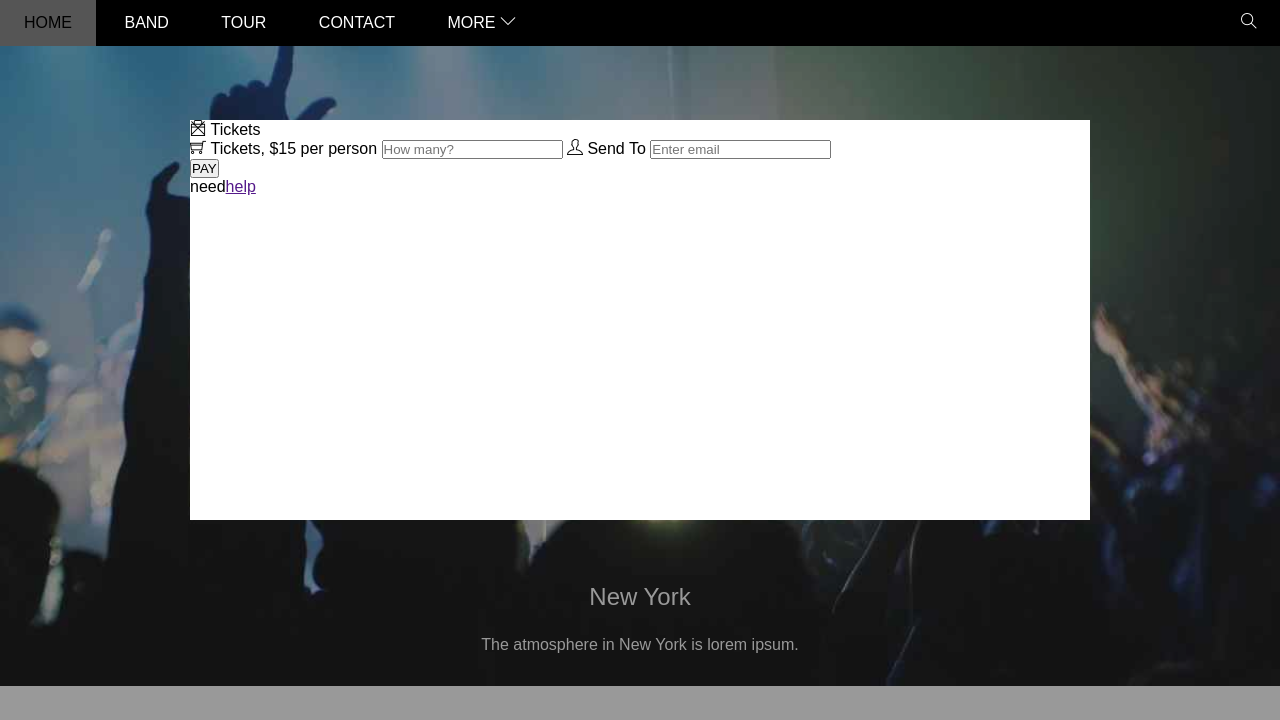
Repository: tung1233hhhhhhhhhhhhh/Website
Page: w3_band/index.html
An editor plug-in stored every save of this project. The page is shown before and after the next save, followed by the edit.
The browser window is 1280 px wide. The pictures show the window.
A layer covers the whole window, so only the first screen is drawn.

Above is the page before, as saved 2023-02-18 21:16:29.

### w3_band/index.html
<!DOCTYPE html>
<html lang="en">

<head>
    <meta charset="UTF-8">
    <meta http-equiv="X-UA-Compatible" content="IE=edge">
    <meta name="viewport" content="width=device-width, initial-scale=1.0">
    <title>Document</title>
    <link rel="stylesheet" href="./assets/css/style.css">
    <link rel="stylesheet" href="/w3_band/assets/fonts/themify-icons/themify-icons.css">
    <link rel="stylesheet" href="./modal.js">
</head>

<body>
    <div id="main">
        <div id="header">
            <div id="nav">
                <ul>
                    <li><a href="">Home</a></li>
                    <li><a href="">Band</a></li>
                    <li><a href="">Tour</a></li>
                    <li><a href="">Contact</a></li>
                    <li class="icon">
                        <a href="">
                            More
                            <i class="ti-angle-down"></i>
                        </a>
                        <div class="subnav">
                            <ul>
                                <li><a href="">Merchandise</a></li>
                                <li><a href="">Extras</a></li>
                                <li><a href="">Media</a></li>
                            </ul>
                        </div>
                    </li>
                </ul>
                <div class="icon-search">
                    <i class="ti-search"></i>
                </div>
            </div>
        </div>

        <div id="slider">
            <div class="silder-content">
                <h2 class="silder-heading">New York</h2>
                <p class="silder-discreption">The atmosphere in New York is lorem ipsum.</p>
            </div>
        </div>

        <div id="content">
            <!-- about content -->
            <div class="content-selection">
                <h2 class="text-heading">THE BAND</h2>
                <p class="text-sub-heading">We love music</p>
                <p class="text-content">
                    We have created a fictional band website. Lorem ipsum dolor sit amet, consectetur adipiscing elit,
                    sed do eiusmod tempor incididunt ut labore et dolore magna aliqua. Ut enim ad minim veniam, quis
                    nostrud exercitation ullamco laboris nisi ut aliquip ex ea commodo consequat. Duis aute irure dolor
                    in reprehenderit in voluptate velit esse cillum dolore eu fugiat nulla pariatur. Excepteur sint
                    occaecat cupidatat non proident, sunt in culpa qui officia deserunt mollit anim id est laborum
                    consectetur adipiscing elit, sed do eiusmod tempor incididunt ut labore et dolore magna aliqua. Ut
                    enim ad minim veniam, quis nostrud exercitation ullamco laboris nisi ut aliquip ex ea commodo
                    consequat.
                </p>
                <!-- img -->
                <div class="team-selection">
                    <div class="sub-selection">
                        <p class="text-selection">Team</p>
                        <img src="/w3_band/assets/img/name.jpg" alt="" class="img-selection">
                    </div>

                    <div class="sub-selection">
                        <p class="text-selection">Team</p>
                        <img src="/w3_band/assets/img/name.jpg" alt="" class="img-selection">
                    </div>

                    <div class="sub-selection">
                        <p class="text-selection">Team</p>
                        <img src="/w3_band/assets/img/name.jpg" alt="" class="img-selection">
                    </div>
                </div>
            </div>

            <!-- tour content -->

            <div class="content-tour">
                <div class="tour-body">
                    <div class="content-selection">
                        <h2 class="text-heading">TOUR DATES</h2>
                        <p class="text-sub-heading">Remember to book your tickets!</p>
                    </div>

                    <ul class="tour-text">
                        <li>
                            September
                            <span>Sold out</span>
                        </li>
                        <li>
                            October
                            <span>Sold out</span>
                        </li>
                        <li>
                            November
                            <span class="number">3</span>
                        </li>
                    </ul>

                    <div class="tour-list">
                        <div class="tourimg-selection">
                            <img src="/w3_band/assets/img/anh1.jpg" alt="">
                            <div class="container">
                                <p>
                                    <b>New York</b>
                                </p>
                                <p style="opacity: 0.6;">Fri 27 Nov 2016</p>
                                <p>Praesent tincidunt sed tellus ut rutrum sed vitae justo.</p>
                                <button> Buy Tickets</button>
                            </div>


                        </div>
                        <div class="tourimg-selection">
                            <img src="/w3_band/assets/img/anh2.jpg" alt="">
                            <div class="container">
                                <p>
                                    <b>Paris</b>
                                </p>
                                <p style="opacity: 0.6;">Sat 28 Nov 2016</p>
                                <p>Praesent tincidunt sed tellus ut rutrum sed vitae justo.</p>
                                <button> Buy Tickets</button>
                            </div>
                        </div>
                        <div class="tourimg-selection">
                            <img src="/w3_band/assets/img/anh3.jpg" alt="">
                            <div class="container">
                                <p>
                                    <b>San Francisco</b>
                                </p>
                                <p style="opacity: 0.6;">Sun 29 Nov 2016</p>
                                <p>Praesent tincidunt sed tellus ut rutrum sed vitae justo.</p>
                                <button> Buy Tickets</button>
                            </div>
                        </div>
                    </div>
                </div>
            </div>

            <!-- contact content -->

            <div class="contact-content">
                <div class="content-selection">
                    <h2 class="text-heading">CONTACT</h2>
                    <p class="text-sub-heading">Fan? Drop a note!</p>
                    <div class="contact">
                        <div class="contact-left">
                            <i class="ti-location-pin"></i>
                            Chicago, US
                            <br>
                            <i class="ti-mobile"></i>
                            Phone: +00 151515
                            <br>
                            <i class="ti-email"></i>
                            Email: mail@mail.com
                        </div>
                        <div class="contact-right">
                            <form action="">
                                <div class="account">
                                    <input type="text" placeholder="Name">
                                    <input type="text" placeholder="Email">
                                </div>
                                <input class="mes" type="text" placeholder="Message">
                                <button>SEND</button>
                            </form>
                        </div>
                    </div>
                </div>

            </div>

            <!-- image of location/map -->

            <div class="banner-image">
                <img src="/w3_band/assets/img/map.jpg" alt="">

            </div>


        </div>

        <div id="footer">
            <i class="ti-facebook"></i>
            <i class="ti-instagram"></i>
            <i class="ti-vimeo-alt"></i>
            <i class="ti-pinterest"></i>
            <i class="ti-twitter-alt"></i>
            <i class="ti-linkedin"></i>
            <p>Powered by <a href="">w3.css</a></p>
        </div>
    </div>
    <div class="modal">
        <div class="modal-container">
            <div class="modal-close">
                <i class="ti-close"></i>
                Tickets
            </div>
            <header>
                <i class="ti-bag"></i>
            </header>
            <div class="modal-body">
                <label for="" class="modal-lable">
                    <i class="ti-shopping-cart"></i>
                    Tickets, $15 per person
                </label>
                <input type="text" class="input-lable" placeholder="How many?">
                <label for="" class="modal-lable">
                    <i class="ti-user"></i>
                    Send To
                </label>
                <input type="text" class="input-lable" placeholder="Enter email">
            </div>
            <button class="modal-button">PAY</button>
            <p>need<a href="">help</a></p>

        </div>
    </div>


</body>

</html>

### w3_band/assets/css/style.css
* {
    padding: 0;
    margin: 0;
    box-sizing: border-box;
}

html {
    font-family: Arial, Helvetica, sans-serif;
}

#main {}

#header {
    height: 46px;
    background-color: #000;
    position: fixed;
    top: 0;
    right: 0;
    left: 0;
    z-index: 1;
}

#nav li {
    display: inline-block;
    position: relative;
}

#nav li:hover .subnav {
    display: block;
}

#nav>ul>li:hover>a>i,
#nav .subnav li:hover,
#nav>ul>li:hover>a {
    color: #000;
    background-color: #555;
}

#nav .subnav {
    display: none;
    position: absolute;
    background-color: #FFF;
    box-shadow: 0 0 20px rgba(0, 0, 0, 0.4);
}

#nav .subnav a {
    color: #000;
    padding: 0 12px;
    line-height: 38px;
}

#nav .subnav ul li {
    display: block;
    min-width: 150px;
}

#nav>ul>li>a {
    color: #fff;
    text-transform: uppercase;
}

#nav ul {
    display: inline-block;
}

#nav li a {
    text-decoration: none;
    line-height: 46px;
    padding: 0 24px;
    display: block;
}

#nav i {
    color: #fff;
    width: 20px;
}

#header .icon-search {
    display: block;
    float: right;
    line-height: 46px;
    padding: 0 23px;
}

#header .icon-search:hover {
    cursor: pointer;
    background-color: #f44336;
}

#slider {
    margin-top: 46px;
    padding-top: 50%;
    background: url(/w3_band/assets/img/ny.jpg) top center / cover no-repeat;
    position: relative;
}

.silder-content {
    position: absolute;
    bottom: 0;
    color: #fff;
    padding-bottom: 32px;
    text-align: center;
    width: 100%;
}

.silder-heading {
    font-weight: 500;
}

.silder-discreption {
    margin-top: 25px;
}

#content {}

#content .content-selection {
    padding: 64px 0px;
    margin-left: auto;
    margin-right: auto;
    width: 800px;
}

#content .content-selection .text-heading {
    text-align: center;
    font-size: 30px;
    font-weight: 500;
    letter-spacing: 4px;
}

#content .content-selection .text-sub-heading {
    text-align: center;
    font-size: 15px;
    margin-top: 25px;
    opacity: 0.6;
    font-style: italic;
}

#content .content-selection .text-content {
    font-size: 15px;
    margin-top: 25px;
    text-align: justify;
    line-height: 1.4;
}

#content .content-selection .team-selection {
    padding-top: 47px;
    padding-bottom: 32px;
    justify-items: space-between;
}

#content .team-selection .sub-selection {
    display: inline-block;
    text-align: center;
}

#content .sub-selection p {
    margin: 15px 0;
}



#content .team-selection .img-selection {
    width: 60%;
    border-radius: 4px;
    margin-bottom: 16px;
}

/* tour content  */


#content .content-tour {
    height: 850px;
    background-color: #000;
    color: #fff;
}

#content .content-tour .tour-body {
    width: 800px;
    margin-left: auto;
    margin-right: auto;
}

#content .content-tour .tour-text {
    background-color: #FFF;
    display: block;
    color: #000;
}

#content .tour-text>li {
    height: 22, 5px;
    padding: 8px 16px;
    list-style: none;
}

#content .tour-text>li:first-child {
    border-bottom: 1px solid #999;
}

#content .tour-text>li:last-child {
    border-top: 1px solid #999;
}

#content .tour-text span {
    /* border-radius: 4px; */
    display: inline-block;
    background-color: red;
    padding: 4px;
    margin-left: 4px;
    color: #fff;
}

#content .tour-text .number {
    /* margin-left: 50px; */
    background-color: black;
    float: right;
    border-radius: 50%;
    margin-top: -3px;
}

#content .tour-list {
    padding: 32px 0;
    right: 0;
    left: 0;
    margin: 0 -8px;
    position: relative;
}

#content .tourimg-selection {
    width: 33.33333%;
    float: left;
    padding: 0 8px;
    justify-content: space-between;
}

#content .tourimg-selection .container {
    /* text-align: center; */
    background-color: #fff;
    color: #000;
    height: 204px;
    padding-left: 16px;
    font-size: 15px;
    line-height: 1.5;
    margin-top: -4px;
    margin-bottom: 15px;
}



#content .tourimg-selection .container>p {
    padding-top: 15px;
}

#content .tourimg-selection .container button {
    color: #fff;
    background-color: #000;
    margin-top: 15px;
    text-align: center;
    cursor: pointer;
    white-space: nowrap;
    border: none;
    display: inline-block;
    padding: 8px 16px;
    vertical-align: middle;
    overflow: hidden;
    text-decoration: none;
}

#content .container button:hover {
    background-color: #ccc;
    color: #000;
}

#content .tourimg-selection img {
    width: 100%;
    background-image: cover;
}

/* contact content */


#content .contact-content {
    padding: 45px 0;
}

#content .contact {
    padding-top: 47px;
    padding-bottom: 32px;
}

#content .contact .contact-left {
    width: 49%;
    display: inline-block;
    font-size: 18px;
}

#content .contact .contact-left i {
    display: inline-block;
    font-size: inherit;
    width: 30px;
    line-height: 1.5;
}

#content .contact .contact-right {
    width: 49%;
    /* display: inline-block; */
    float: right;
}


.contact .contact-right form {
    width: 400px;
    position: relative;
    display: inline-block
}

.contact .contact-right form .account {
    margin-bottom: 10px;
}

.contact .contact-right .account input {
    padding: 8px;
    margin-right: 16px;
}

.contact .contact-right form .mes {
    width: 95.7%;
    padding: 8px;
}

.contact .contact-right form button {
    /* position: absolute; */
    margin: 16px 0;
    padding: 8px 16px;
    margin-left: 309px;
    background-color: black;
    color: #fff;
}

.contact .contact-right form button:hover {
    cursor: pointer;
    background-color: #ccc;
    color: black;
    border: none;
}

/* image of location/map */

.banner-image img {
    width: 100%;
    filter: grayscale(50%);
}

#content {}


#footer {
    padding: 64px 16px;
    text-align: center;
    justify-content: center;
    opacity: 0.6;
}

#footer p {
    margin: 30px 0;
    display: block;
    font-size: 15px;
}

#footer i {
    font-size: 25px;

    display: inline-block;
    text-rendering: auto;
}


.modal {
    position: fixed;
    top: 0;
    left: 0;
    right: 0;
    bottom: 0;

    background-color: rgba(0, 0, 0, 0.4);
}

.modal .modal-container {
    width: 900px;
    height: 400px;
    background-color: #FFF;
    margin: 0 auto;
    transform: translateY(30%);
    position: relative;
}

.modal .modal-container .modal-close {
    position: absolute;
}

Loaded but not shown: w3_band/assets/fonts/themify-icons/themify-icons.css (common file); w3_band/modal.js (no stored copy; drawn as an empty file)

After the next save:
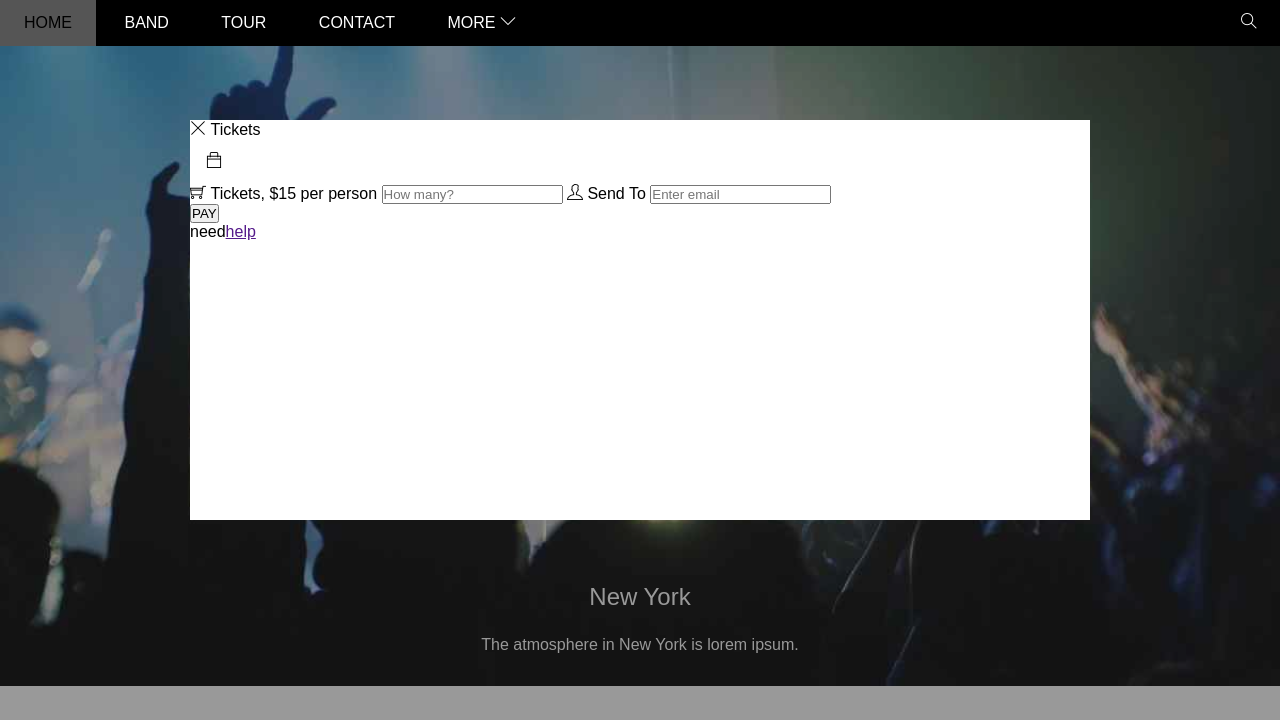
Saved 63 s later.
--- a/w3_band/assets/css/style.css
+++ b/w3_band/assets/css/style.css
@@ -396,3 +396,9 @@
 .modal .modal-container .modal-close {
     position: absolute;
 }
+
+.modal header {
+    width: 100%;
+    height: 45px;
+    padding: 32px 16px;
+}
